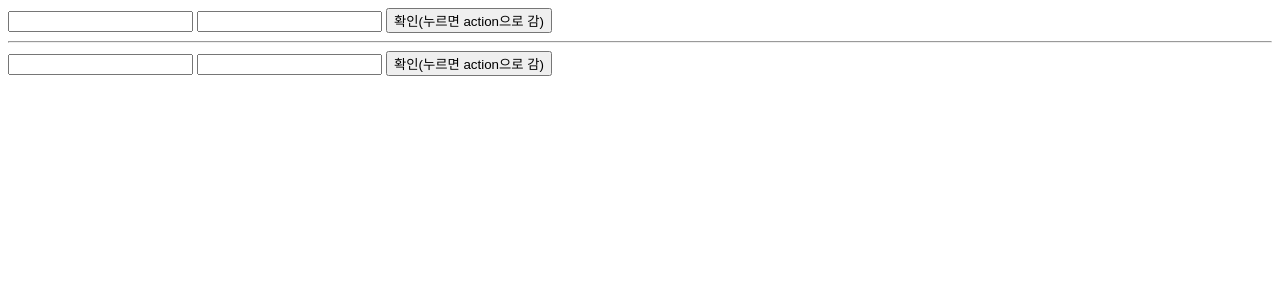
Repository: 9re9ori0426/Bootcamp
Page: webws/02_Servlet/src/main/webapp/Input.html
An editor plug-in stored every save of this project. The page is shown before and after the next save, followed by the edit.
The browser window is 1280 px wide. The pictures show the whole page.

Above is the page before, as saved 2026-10-20 02:12:40.

After the next save:
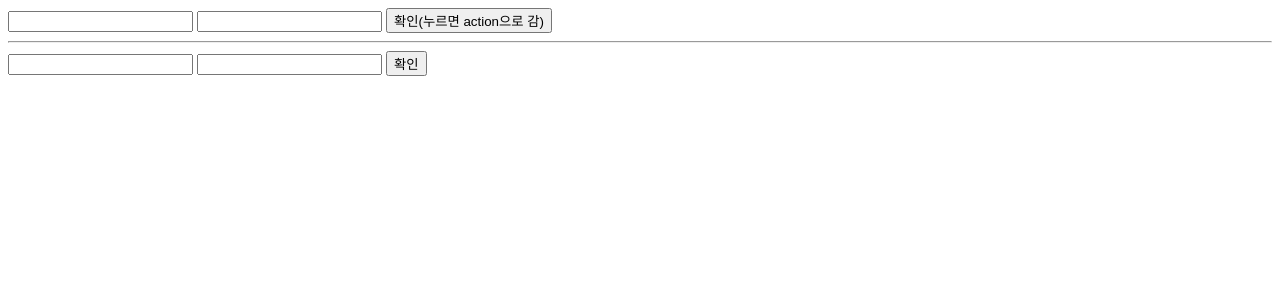
Saved 10 s later.
--- a/webws/02_Servlet/src/main/webapp/Input.html
+++ b/webws/02_Servlet/src/main/webapp/Input.html
@@ -11,10 +11,10 @@
 		<button>확인(누르면 action으로 감)</button>
 	</form>
 	<hr>
-	<form action="AAA">
-		<input name="bb">
-		<input name="cc">
-		<button>확인(누르면 action으로 감)</button>
+	<form action="">
+		<input name="">
+		<input name="">
+		<button>확인</button>
 	</form>
 </body>
 </html>
